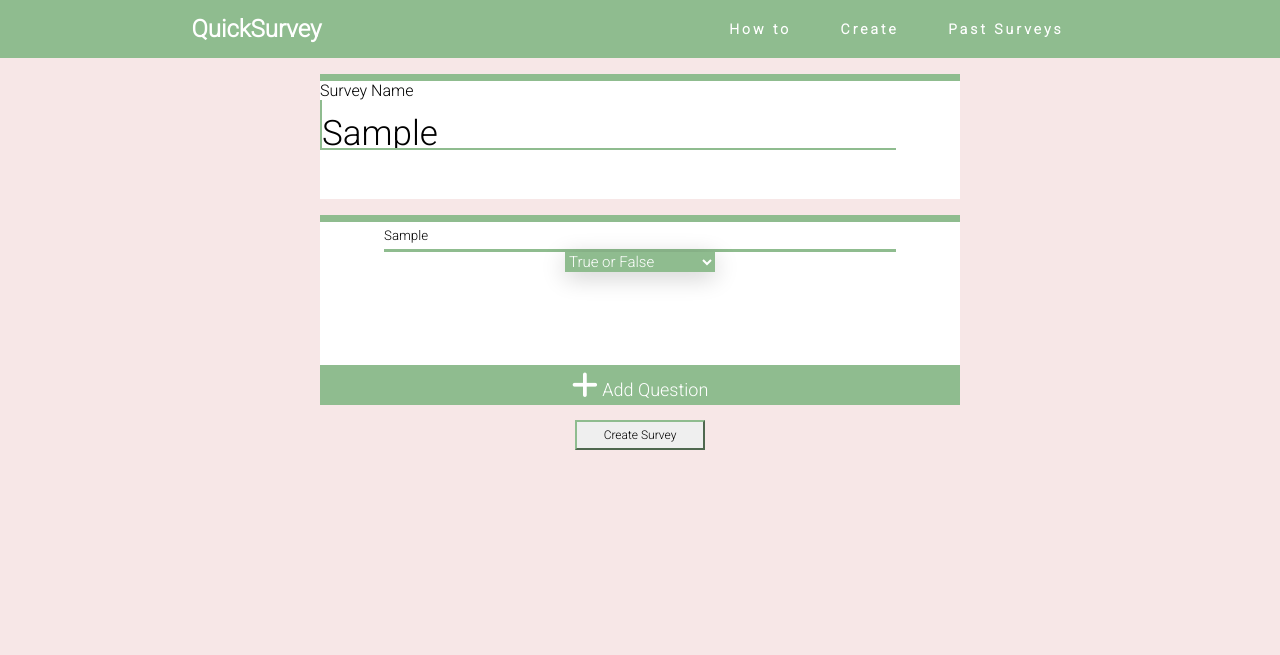
Repository: cakuang1/QuickSurvey
Page: create.html
The author's editor kept a copy of each file at every save. The page is drawn from the files as they stood at one save, then again after the next save.
The browser window is 1280 px wide. The pictures show the whole page.
Empty fields were first filled with sample values (such as "Sample", 5 or name@example.com).
After loading, the first visible `button.adds` was clicked once.
Some web libraries are served in a nearby version.

Above is the page before, as saved 2022-01-09 23:05:21.
Console error: TypeError: Cannot read properties of null (reading 'setAttribute')

After the next save:
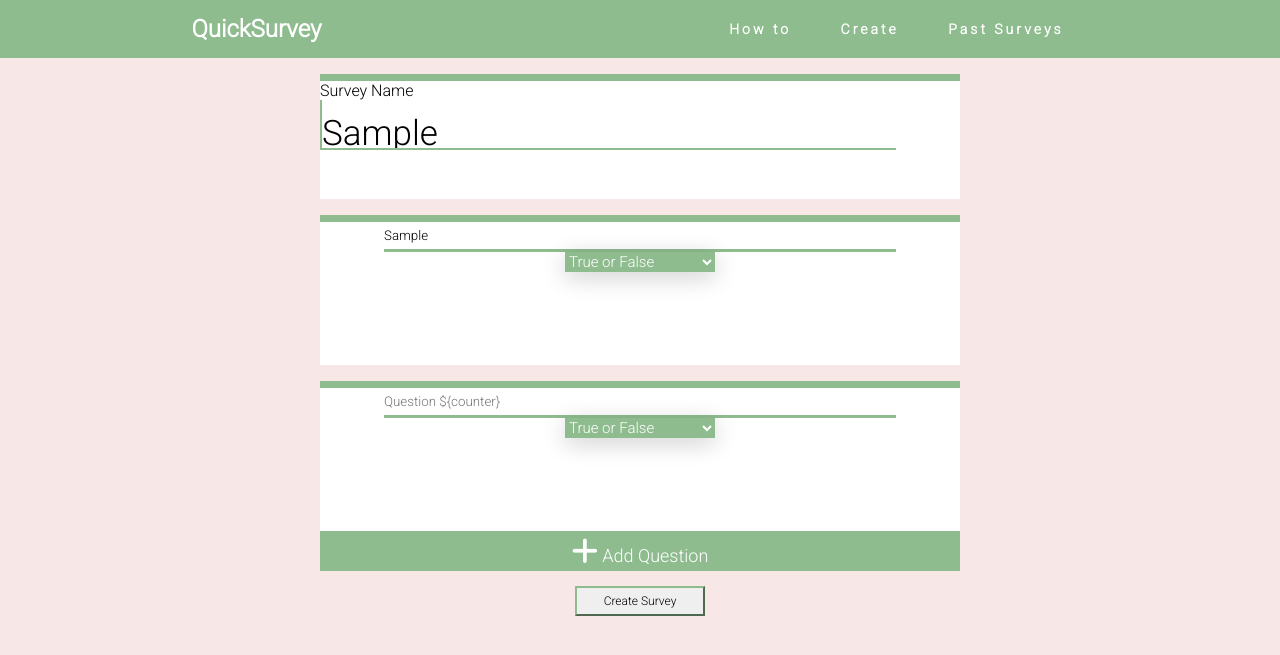
The error is gone.
Saved 19 s later.
--- a/app.js
+++ b/app.js
@@ -14,7 +14,7 @@ let newfirstdiv = firstdiv.cloneNode(true);
 let counter = 1;
 addbutton.addEventListener("click",function(e) {
     counter += 1;
-    newfirstdiv.querySelector(".inp").setAttribute("placeholder", 'Question ${counter}');
+    newfirstdiv.querySelector(".inps").setAttribute("placeholder", 'Question ${counter}');
     theform.appendChild(newfirstdiv);
     theform.appendChild(seconddiv);
 
